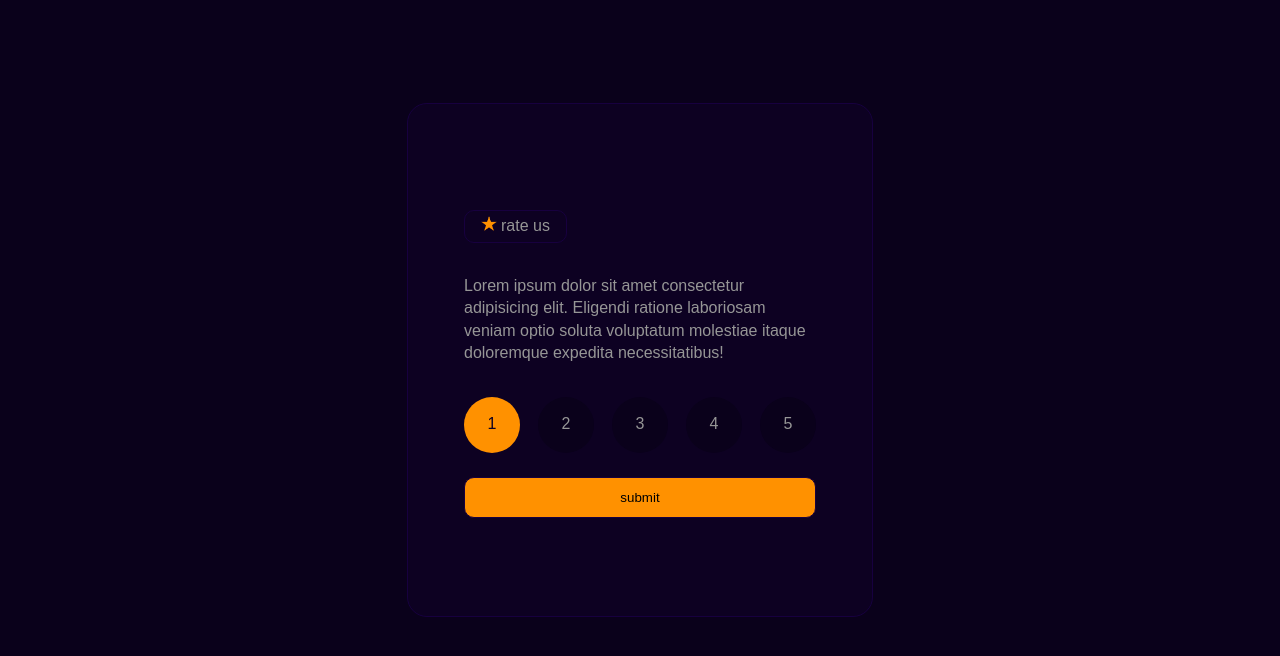
Repository: russel-success/xcodepp-TASK-2
Page: index.html
An editor plug-in stored every save of this project. The page is shown before and after a run of saves, followed by the edit.
The browser window is 1280 px wide. The pictures show the whole page.
After loading, the first visible `div.rating` was clicked once.

Above is the page before, as saved 2024-05-27 09:13:04.

After the next 3 saves:
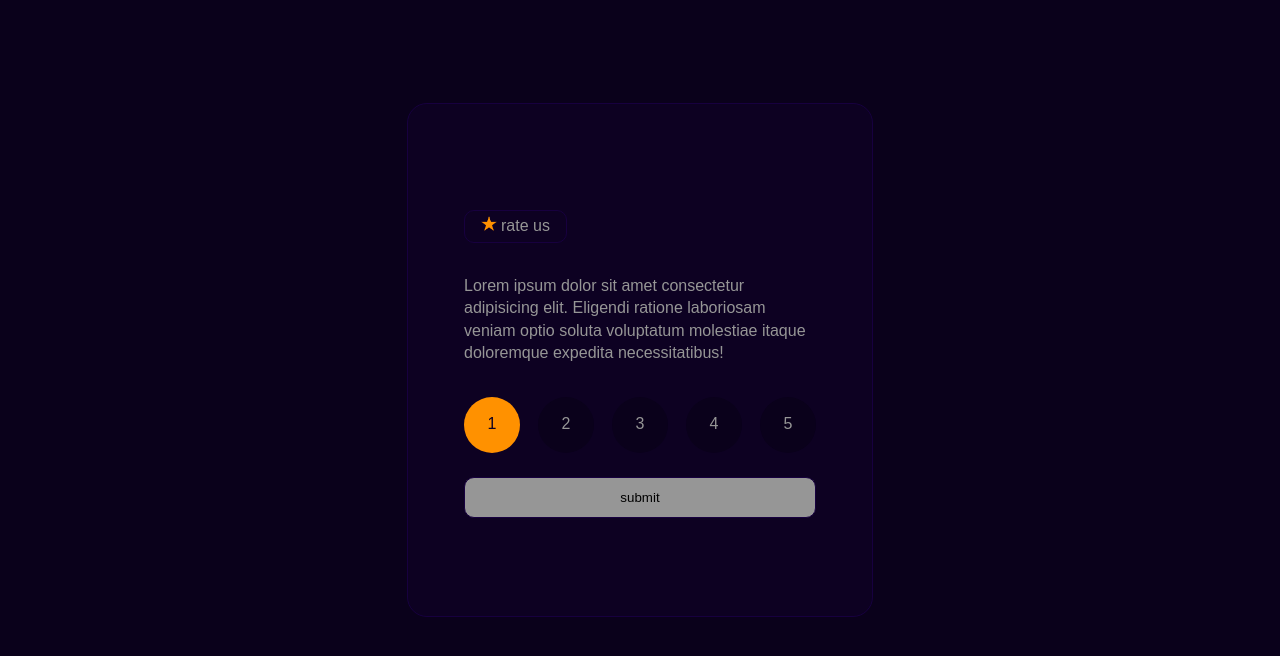
Console error: ReferenceError: hoverstyle is not defined
The 3 saves are shown as one change because they came seconds apart.
The last was saved 53 s later.
--- a/script.js
+++ b/script.js
@@ -10,7 +10,7 @@
        for(var i=0; i<element.textContent; i++){
         ratings[i].classList.add('chosen-rating');
        }
-       submit_btn.style.background="rgb(255, 145, 0)";
+       submit_btn:hoverstyle.background="rgb(255, 145, 0)";
     });
 
 });

After the 2 saves that followed:
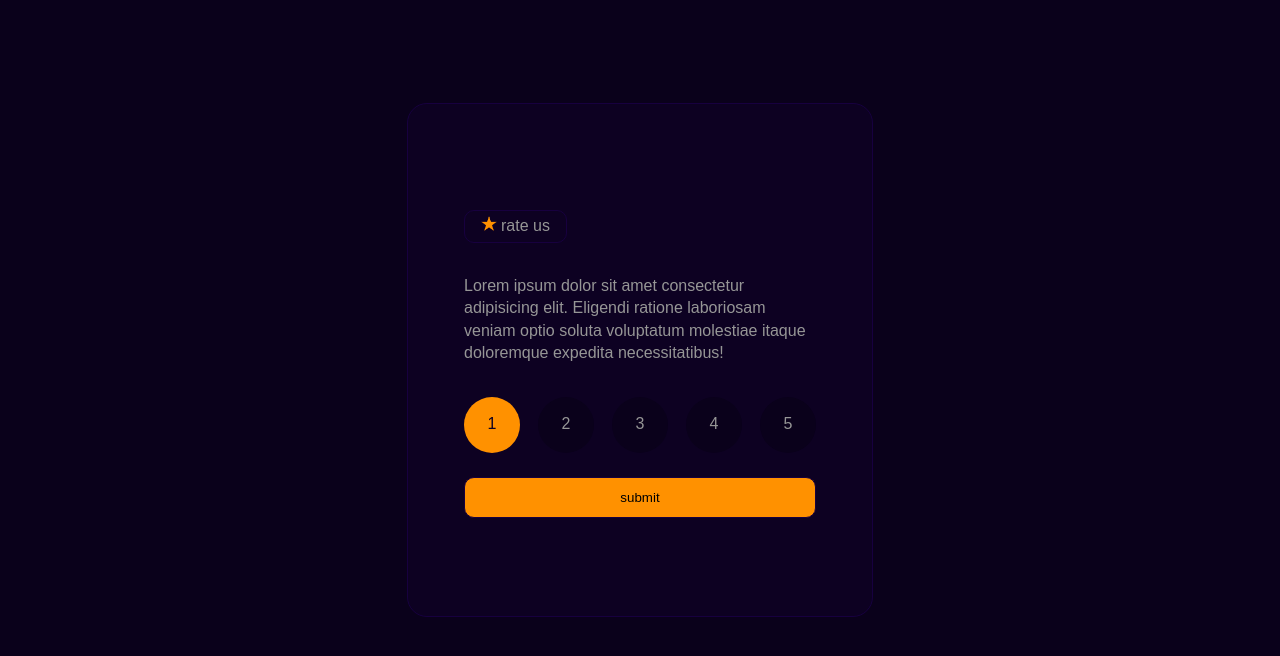
The error is gone.
The 2 saves are shown as one change because 1 left the picture as it was.
The last was saved 13 s later.
--- a/script.js
+++ b/script.js
@@ -10,7 +10,7 @@
        for(var i=0; i<element.textContent; i++){
         ratings[i].classList.add('chosen-rating');
        }
-       submit_btn:hoverstyle.background="rgb(255, 145, 0)";
+       submit_btn.style.background="rgb(255, 145, 0)";
     });
 
 });
